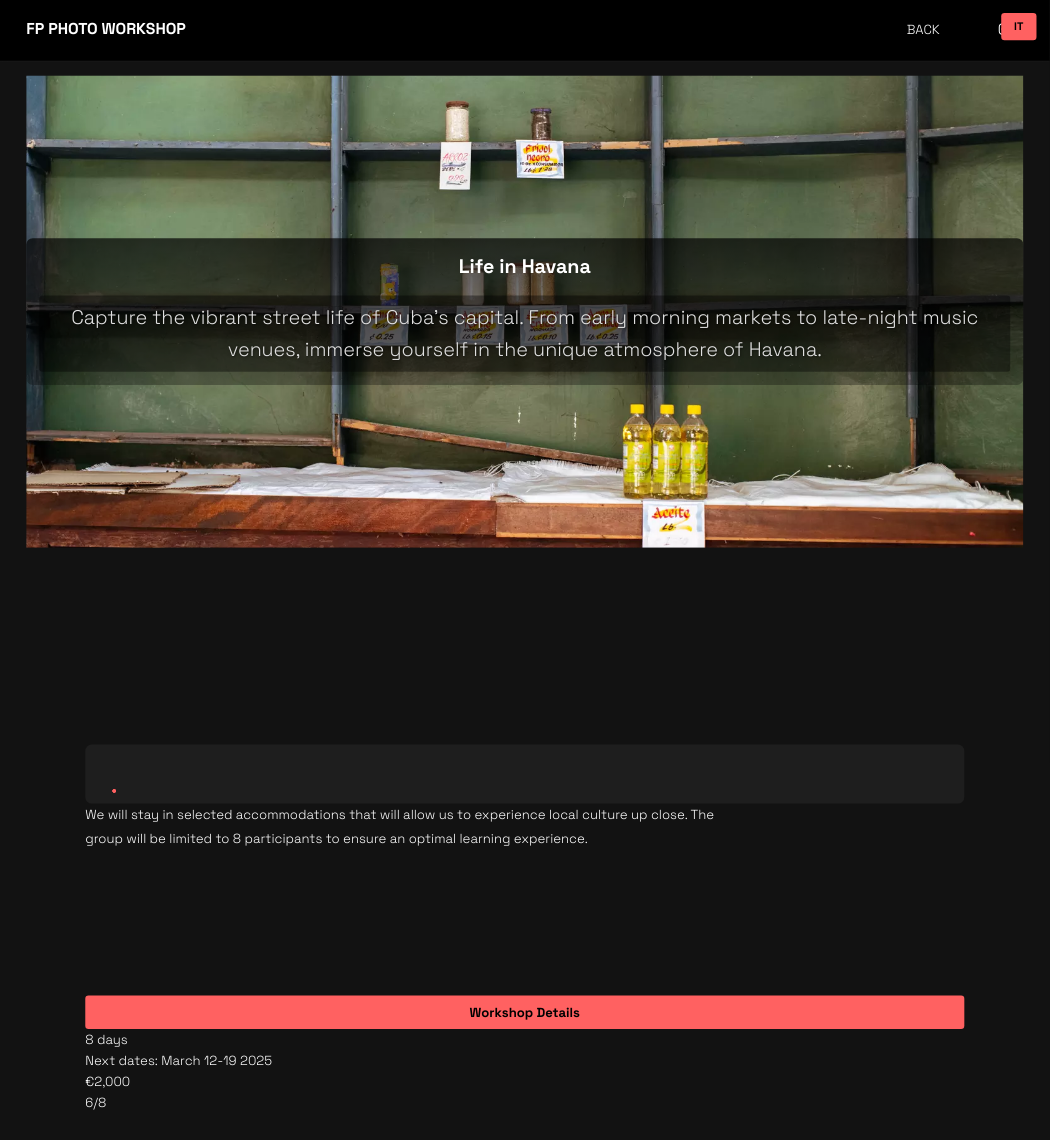
Repository: philipkdpavkia/photo-auto
Page: workshop/cuba.html
The author's editor kept a copy of each file at every save. The page is drawn from the files as they stood at one save, then again after the next save.
The browser window is 1280 px wide. The pictures show the whole page, at 82% of full size.

Above is the page before, as saved 2024-11-22 00:55:32.

### workshop/cuba.html
<!DOCTYPE html>
<html lang="en">
<head>
    <meta charset="UTF-8">
    <title>Cuba Photography Workshop 2024-2025 | Francesco Pavia</title>
    <meta name="description" content="Photography workshop in Cuba with Francesco Pavia. Explore Havana and Trinidad through photography. 2024-2025 dates, small groups, all levels welcome.">
    <link rel="canonical" href="https://francescopavia.org/workshop/cuba" />
    <link rel="stylesheet" href="https://cdnjs.cloudflare.com/ajax/libs/font-awesome/6.0.0/css/all.min.css">
    <link rel="stylesheet" href="/css/style.css">

    <script type="application/ld+json">
    {
      "@context": "https://schema.org",
      "@type": "Event",
      "name": "Cuba Photography Workshop - Havana City Life",
      "description": "Photography workshop in Cuba with Francesco Pavia",
      "startDate": "2025-03-12",
      "endDate": "2025-03-19",
      "organizer": {
        "@type": "Person",
        "name": "Francesco Pavia"
      },
      "eventStatus": "https://schema.org/ScheduledEvent",
      "eventAttendanceMode": "https://schema.org/OfflineEventAttendanceMode",
      "location": {
        "@type": "Place",
        "name": "Havana, Cuba"
      },
      "offers": {
        "@type": "Offer",
        "price": "2000",
        "priceCurrency": "EUR"
      }
    }
    </script>
</head>
<body>
    <header class="header">
        <nav class="nav">
            <a class="logo" href="/workshop/index.html">FP PHOTO WORKSHOP</a>
            <button id="langSwitch" class="lang-switch" onclick="switchLanguage()">IT</button>
            <div class="nav-links">
                <a href="../index.html" data-translate="workshops_page.back">Back</a>
                <a href="https://instagram.com/fpphotoworkshop" target="_blank" class="instagram-link">
                    <i class="fab fa-instagram"></i>
                </a>
            </div>
        </nav>
    </header>

    <main>
        <section class="hero">
            <div class="workshop-link">
                <img alt="Havana Life" src="../images/cuba/cub.webp" class="workshop-hero"/>
                <div class="workshop-text">
                    <h1 data-translate="workshops_page.cards.cuba.title"></h1>
                    <p data-translate="workshops_page.cards.cuba.description"></p>
                </div>
            </div>
        </section>

        <section class="about">
            <div class="workshop-content">
                <h2 class="section-title" data-translate="workshops_page.learn_title"></h2>

                <div class="philosophy">
                    <ul>
                        <li data-translate="workshops_page.techniques.1"></li>
                        <li data-translate="workshops_page.techniques.2"></li>
                        <li data-translate="workshops_page.techniques.3"></li>
                        <li data-translate="workshops_page.techniques.4"></li>
                    </ul>
                </div>

                <p data-translate="workshops_page.accommodation"></p>
            </div>
        </section>

        <section class="contact">
            <div class="workshop-sidebar">
                <a href="iscrizione.html?workshop=cuba" class="workshop-button" data-translate="workshops_page.cards.cuba.button"></a>
                <div class="info-block">
                    <div class="info-label" data-translate="workshops_page.details.duration_label"></div>
                    <div class="info-value" data-translate="workshops_page.cards.cuba.duration"></div>
                </div>
                <div class="info-block">
                    <div class="info-label" data-translate="workshops_page.details.dates_label"></div>
                    <div class="info-value" data-translate="workshops_page.cards.cuba.dates"></div>
                </div>
                <div class="info-block">
                    <div class="info-label" data-translate="workshops_page.details.level_label"></div>
                    <div class="info-value" data-translate="workshops_page.details.level_value"></div>
                </div>
                <div class="info-block">
                    <div class="info-label" data-translate="workshops_page.details.price_label"></div>
                    <div class="info-value">€2,000</div>
                </div>
                <div class="info-block">
                    <div class="info-label" data-translate="workshops_page.details.spots_label"></div>
                    <div class="info-value">6/8</div>
                </div>
            </div>
        </section>
    </main>

    <script src="/translations.json" type="application/json"></script>
    <script src="/language.js"></script>
</body>
</html>

Loaded but not shown: translations.json (204 lines, source omitted); language.js (165 lines, source omitted); css/style.css (920 lines, source omitted)

After the next save:
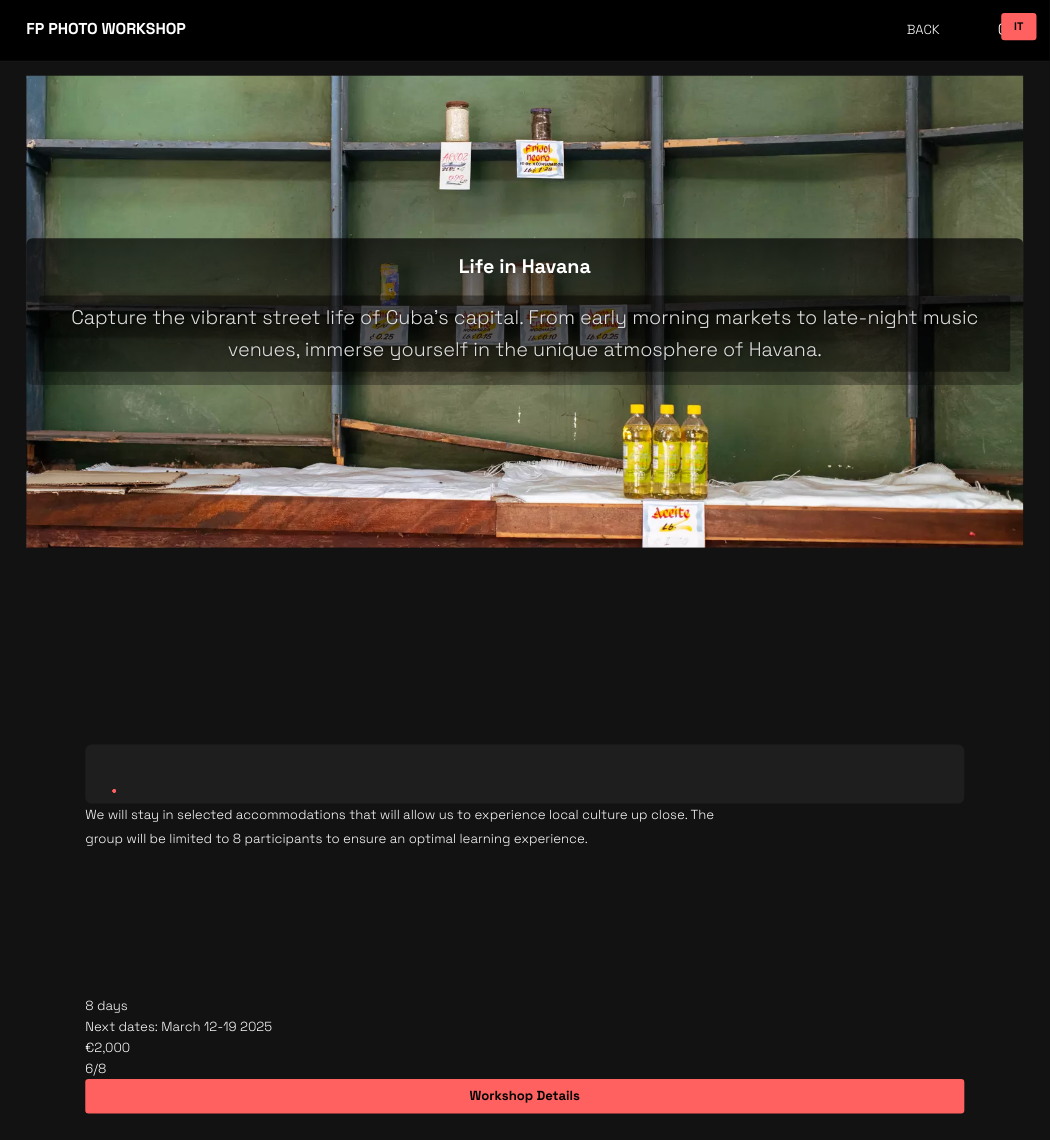
Saved 18 s later.
--- a/workshop/cuba.html
+++ b/workshop/cuba.html
@@ -78,7 +78,7 @@
 
         <section class="contact">
             <div class="workshop-sidebar">
-                <a href="iscrizione.html?workshop=cuba" class="workshop-button" data-translate="workshops_page.cards.cuba.button"></a>
+
                 <div class="info-block">
                     <div class="info-label" data-translate="workshops_page.details.duration_label"></div>
                     <div class="info-value" data-translate="workshops_page.cards.cuba.duration"></div>
@@ -99,6 +99,7 @@
                     <div class="info-label" data-translate="workshops_page.details.spots_label"></div>
                     <div class="info-value">6/8</div>
                 </div>
+                <a href="iscrizione.html?workshop=cuba" class="workshop-button" data-translate="workshops_page.cards.cuba.button"></a>
             </div>
         </section>
     </main>
